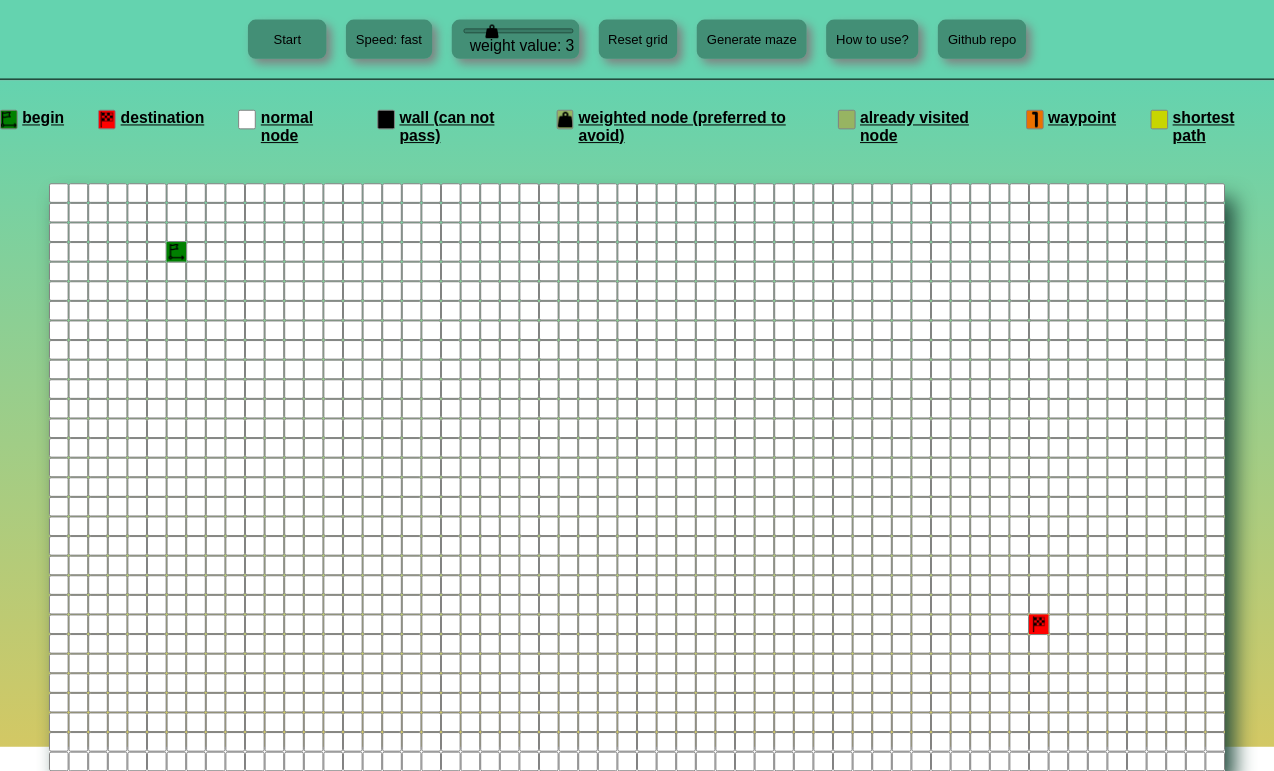
Repository: Daan-v-Berkel/PancakeFear.github.io
Page: index.html
An editor plug-in stored every save of this project. The page is shown before and after the next save, followed by the edit.
The browser window is 1280 px wide. The page is 1300 px wide, so the pictures cover 1300 px, including what lies to the right of the window. The pictures show the whole page, at 98% of full size.
Some web fonts or font styles are not loaded; a fallback is used.

Above is the page before, as saved 2021-11-15 20:18:18.

### index.html
<!doctype html>

<html lang="en">
<head>
  <meta charset="utf-8">
  <meta name="viewport" content="width=device-width, initial-scale=1">

  <title>Pathfinder Visualizer</title>
  <meta name="description" content="An interactive pathfinding algorithm visualizer">
  <meta name="author" content="DaanvB">

  <meta property="og:title" content="Pathfinding visualizer">
  <meta property="og:type" content="website">
  <meta property="og:description" content="An interactive pathfinding algorithm visualizer">

  <link rel="stylesheet" href="Style.css">
  <link rel="preconnect" href="https://fonts.googleapis.com">
  <link rel="preconnect" href="https://fonts.gstatic.com" crossorigin>
  <link href="https://fonts.googleapis.com/css2?family=Glory&display=swap" rel="stylesheet">
  <script src="Node_class.js"></script>
  <script src="Grid_class.js"></script>
  <script src="Helper_methods.js"></script>
  <script src="Algorithms.js"></script>
</head>

<body onload="createGrid()" onmouseup="mouseUpHandler()">
    <div class="header">
      <button type="button" class="header-btn" onclick="startAlgorithm(grid)">Start</button>
      <div class="dropdown-box">
        <button class="header-btn" id="dropdown-btn">Speed: fast</button>
        <div class="dropdown-content">
          <p class="dropdown-select" onclick="SelectSpeed(this)">slow</p>
          <p class="dropdown-select" onclick="SelectSpeed(this)">medium</p>
          <p class="dropdown-select" onclick="SelectSpeed(this)">fast</p>
          <p class="dropdown-select" onclick="SelectSpeed(this)">no delay</p>
        </div>
      </div>
      <div class="header-btn" id="slider-btn"><input type="range" min="1" max="10" value="3" class="slider" id="WeightRange" oninput="SetWeightValue(this)"><label id="weightLabel" for="WeightRange">weight value: 3</label></div>
      <div class="dropdown-box">
        <button class="header-btn" id="dropdown-btn" onmousedown="ResetGrid(grid)">Reset grid</button>
        <div class="dropdown-content">
          <span class="dropdown-select reset" id="startnode-reset" onclick="HandleResets(this)">
            <p><div class="explanation startnode dropdown"></div>Begin</p><span id="startnode-reset-inner"></span>
          </span>
          <span class="dropdown-select reset"  id="endnode-reset" onclick="HandleResets(this)">
            <p><div class="explanation endnode dropdown"></div>End</p><span id="endnode-reset-inner"></span>
          </span>
          <span class="dropdown-select reset"  id="waypoint-reset" onclick="HandleResets(this)">
            <p><div class="explanation waypoint one dropdown"></div>Waypoints</p><span id="waypoint-reset-inner"></span>
          </span>
          <span class="dropdown-select reset"  id="wall-reset" onclick="HandleResets(this)">
            <p><div class="explanation node wall dropdown"></div>Walls</p><span id="wall-reset-inner"></span>
          </span>
          <span class="dropdown-select reset"  id="weighted-reset" onclick="HandleResets(this)">
            <p><div class="explanation weighted dropdown"></div>Weights</p><span id="weighted-reset-inner"></span>
          </span>
        </div>
      </div>
      <button type="button" class="header-btn" onclick="Maze()">Generate maze</button>
      <button id="popup-btn" class="header-btn" onclick="ShowInstructions()">How to use?</button>
        <div id="popup" class="popup-instructions"  onclick="CloseWindow(this)">
          <div class="popup-content">
            <span class="close">&times;</span>
            <h1>How does it work?</h1>
            <p class="instruction-text">
              <img src="images/instruction.png" id="instruction-img" width="200" height="200">
              left-click can be used to place and remove walls. <br>
              click and drag an empty (white) node to create walls. <br>
              click and drag a wall to create empty nodes.
              <br><br>
              right-click (or alt + left-click) and drag to create weights. <br><br>
              click the middle mouse button (or shift + left-click) to create up to 3 waypoints.
            </p>

          </div>
        </div>
      <button type="button" class="header-btn" onclick="window.open('https://github.com/PancakeFear/PancakeFear.github.io', '_blank'); return false;">Github repo</button>
    </div>
    <div class="hero">
      <div id="popup-algo-failed" class="popup-instructions">
        <div class="popup-content">
          <span class="close">&times;</span>
          <h1>Failed to find a path</h1>
          <p class="instruction-text">
            the algorithm has failed to find its destination <br><br>
            This is most likely because there is no possible path.
          </p>

        </div>
      </div>
      <div class="explanations">
        <div name="begin" class="explanation startnode"></div><label for="begin">begin</label>
        <div name="dest" class="explanation endnode"></div><label for="dest">destination</label>
        <div name="node" class="explanation node"></div><label for="node">normal node</label>
        <div name="wall" class="explanation node wall"></div><label for="wall">wall (can not pass)</label>
        <div name="weight" class="explanation node weighted"></div><label for="weight">weighted node (preferred to avoid)</label>
        <div name="visit" class="explanation node visited"></div><label for="visit">already visited node</label>
        <div name="waypoint" class="explanation node waypoint one"></div><label for="waypoint">waypoint</label>
        <div name="shortest" class="explanation node shortest"></div><label for="shortest">shortest path</label>

      </div>
        <div id='grid'>

        </div>
    </div>
    <script src="script.js"></script>
</body>
</html>

### Style.css
* {
  font-family: "Glory", sans-serif !important;
}

html {
  height: 100%;
  min-height: fit-content;
  min-width: calc(1200px + 100px);
  margin: 0;
}
body {
  height: calc(100% - 82px);
  min-height: 682px;
  min-width: fit-content;
  margin: 0;
}

.hero {
  height: inherit;
  padding-top: 80px;
  background: linear-gradient(rgb(100, 211, 175), rgb(211, 200, 100));
}

#grid {
  height: 600px;
  width: 1200px;
  margin-left: auto;
  margin-right: auto;
  display: grid;
  grid-template-columns: repeat(auto-fill, 20px);
  grid-template-rows: repeat(auto-fill, 20px);
  box-shadow: 10px 15px 20px rgb(35, 77, 63);
}

.twice {
  filter: brightness(80%);
}
.thrice {
  filter: brightness(60%);
}

.quadrice {
  filter: brightness(40%);
}

.node {
  height: 18px;
  width: 18px;
  background-color: white;
  border: 1px solid grey;
  border-radius: 2px;
  cursor: pointer;
  transition: 0.6s ease-out;
}

.explanation {
  height: 18px;
  width: 18px;
  background-color: white;
  border: 1px solid grey;
  border-radius: 2px;
}

.wall {
  background-color: black;
}

.weighted {
  background: no-repeat url("images/weight.png") rgb(151, 180, 98);
  background-size: 16px 16px;
  background-position-x: center;
  background-position-y: center;
  animation-name: weights;
  animation-duration: 0.6s;
}

.visited {
  background-color: rgb(151, 180, 98);
}
.shortest {
  background-color: rgb(200, 214, 0);
}

@keyframes weights {
  from {
    background-position-y: -20px;
  }
  to {
    background-position-y: center;
  }
}

.weighted.visited.shortest {
  background-color: rgb(228, 236, 110);
}

.startnode {
  background: no-repeat url("images/start-point.png") green;
  background-size: 16px 16px;
  background-position-x: center;
  background-position-y: center;
  cursor: pointer;
}
.endnode {
  background: no-repeat url("images/finish-flag.png") red;
  background-size: 16px 16px;
  background-position-x: center;
  background-position-y: center;
  cursor: pointer;
}

.waypoint {
  transition: none;
}

.waypoint.one {
  background: no-repeat url("images/one.png") rgb(235, 113, 0);
  background-size: 16px 16px;
  background-position-x: center;
  background-position-y: center;
}

.waypoint.two {
  background: no-repeat url("images/two.png") rgb(235, 113, 0);
  background-size: 16px 16px;
  background-position-x: center;
  background-position-y: center;
}

.waypoint.three {
  background: no-repeat url("images/three.png") rgb(235, 113, 0);
  background-size: 16px 16px;
  background-position-x: center;
  background-position-y: center;
}

.header {
  height: 80px;
  width: 100%;
  background-color: rgb(100, 211, 175);
  border-bottom: 2px solid rgb(35, 77, 63);
  display: flex;
  flex-direction: row;
  justify-content: center;
  align-items: center;
  column-gap: 20px;
}

.header-btn {
  height: 40px;
  min-width: 80px;
  align-items: center;
  background: rgba(35, 77, 63, 0.5);
  border: none;
  border-radius: 8px;
  box-shadow: 5px 5px 10px grey;
  cursor: pointer;
  padding: 0 10px;
}
.header-btn:hover {
  background: rgba(35, 77, 63, 0.8);
}

.header-btn > a {
  text-decoration: none;
}

.explanations {
  width: fit-content;
  height: 25px;
  position: relative;
  top: -50px;
  left: 50%;
  right: auto;
  transform: translate(-50%, 0);
  display: flex;
  flex-direction: row;
  column-gap: 20px;
}
.explanation {
  animation: none;
  cursor: default;
}
.explanation.dropdown {
  cursor: pointer;
  margin-right: 8px;
}

label {
  font-weight: bold;
  text-decoration: underline;
  position: relative;
  left: -15px;
}

.dropdown-content {
  display: none;
  position: absolute;
  background: rgba(68, 144, 119, 255);
  min-width: 90px;
  box-shadow: 5px 5px 10px grey;
  border-radius: 0px 10px 10px 10px;
  z-index: 1;
}

.dropdown-box:hover #dropdown-btn {
  border-radius: 8px 8px 0px 0px;
  height: 48px;
  transform: translate(0, 4px);
  padding-bottom: 8px;
}

.dropdown-box:hover .dropdown-content {
  display: flex;
  flex-direction: column;
  align-items: center;
}

.dropdown-select {
  width: 90px;
  height: 100%;
  margin: 0px;
  color: black;
  padding: 12px 16px;
  text-decoration: none;
  display: block;
  cursor: pointer;
}
.dropdown-select::before {
  content: "";
  background: rgb(100, 211, 175);
  position: absolute;
  margin-top: -13px;
  left: 10px;
  right: 10px;
  height: 1px;
  width: 80%;
}
.dropdown-select.reset::before {
  margin-top: -40px;
}
.dropdown-select.reset {
  width: 110px;
  height: 1em;
  display: flex;
  flex-direction: row;
  align-items: center;
}
.dropdown-select.reset > span {
  position: absolute;
  right: 0;
  margin: 0 15px;
}

.dropdown-select:first-child {
  border-radius: 0px 10px 0px 0px;
}
.dropdown-select:first-child::before {
  background: transparent;
}

.dropdown-select:last-child {
  border-radius: 0px 0px 10px 10px;
}

.dropdown-select:hover {
  background: rgb(53, 109, 90);
}

.popup-instructions {
  display: none;
  position: fixed;
  z-index: 1;
  left: 0;
  top: 0;
  width: 100%;
  height: 100%;
  background-color: rgb(0, 0, 0);
  background-color: rgba(0, 0, 0, 0.4);
}

.popup-content {
  background: linear-gradient(rgb(100, 211, 175), rgb(211, 200, 100));
  margin: auto;
  margin-top: 10%;
  padding: 20px;
  border: 1px solid #888;
  border-radius: 20px;
  width: fit-content;
  height: fit-content;
  min-height: 300px;
  min-width: 20%;
}

.close {
  position: relative;
  top: -20px;
  color: #aaa;
  float: right;
  font-size: 41px;
  font-weight: bold;
}

.close:hover,
.close:focus {
  color: black;
  text-decoration: none;
  cursor: pointer;
}

#instruction-img {
  float: right;
  margin-left: 5%;
}

#slider-btn {
  width: 110px;
}

#slider-btn:hover {
  cursor: default;
  background-color: rgba(35, 77, 63, 0.5);
}

#weightLabel {
  text-decoration: none;
  position: relative;
  font-weight: normal;
  left: 8%;
  right: auto;
}

#WeightRange {
  -webkit-appearance: none;
  width: 100%;
  height: 3px;
  border: 1px solid rgb(35, 77, 63);
  border-radius: 2px;
  background: rgba(35, 77, 63, 0.3);
}

#WeightRange::-webkit-slider-thumb {
  -webkit-appearance: none;
  appearance: none;
  width: 16px;
  height: 16px;
  background: no-repeat url("images/weight.png") transparent;
  background-size: 14px 14px;
  background-position-x: center;
  background-position-y: center;
  cursor: pointer;
}

### Node_class.js
class GridNode {
  // Base class for nodes, each representing 'backend' of the visual block
  constructor(id, status){
    this.id = id;
    this.status = status;// node, startnode, endnode, visited, weighted, shortest, wall, waypoint(one, two, three).
    this.previousNode = null;
    this.visited = false;
    this.path = null;
    this.direction = null;
    this.storedDirection = null;
    this.distance = Infinity;
    this.totalDistance = Infinity;
    this.heuristicDistance = null;
    this.weight = 0;
    this.relatesToObject = false;
    this.overwriteObjectRelation = false;
  }

  softReset(){//soft reset, for multiple waypoints
    //this.status = 'node';
    this.previousNode = null;
    this.path = null;
    this.visited = false;
    this.direction = null;
    this.storedDirection = null;
    this.distance = Infinity;
    this.totalDistance = Infinity;
    this.heuristicDistance = null;
    //this.weight = 0;
    this.relatesToObject = false;
    this.overwriteObjectRelation = false;
  }

  addStatus(s){
    this.status = `${this.status} ${s}`;
  }

  overwriteStatus(s){
    this.status = `node ${s}`;
  }

  removeStatus(s){
    var toRemove = ' ' + s;
    var currentStatus = this.status;
    var newStatus = currentStatus.replace(toRemove, '');
    this.status = newStatus
  }
}

### Grid_class.js
class Grid {
    // Base class for the grid, as 'backend' to the visual grid.
    constructor(col, rows){
      this.columns = col;
      this.rows = rows;
      this.start = null;
      this.end = null;
      this.active = false;
      this.nodes = [];
      this.waypoints = [];
      this.mousePressed = false;
      this.pressedNodeStatus = null;
      this.currentNode = null;
      this.previousNode = null;
      this.enteredSpecialNode = false;
      this.speed = 100;
      this.weightNumber = 3;
    }
  // gets a node from the created nodes in the grid
    getNode(id){
      var coordinates = id.toString().split(',');
      var row = parseInt(coordinates[0]);
      var col = parseInt(coordinates[1]);
      return this.nodes[row][col];
    }
  // resets a node to its original state, visually this means it will become empty or white.
    resetNode(n){//hard reset
      n.status = 'node';
      n.previousNode = null;
      n.path = null;
      n.visited = false;
      n.direction = null;
      n.storedDirection = null;
      n.distance = Infinity;
      n.totalDistance = Infinity;
      n.heuristicDistance = null;
      n.weight = 0;
      n.relatesToObject = false;
      n.overwriteObjectRelation = false;
    }

    findNodesByStatus(status){
      var nodesFound = [];

      for (var r in this.nodes){
        for (var n in r){
          if (n.status.includes(status)){
            nodesFound.push(n);
          }
        }
      }
      return nodesFound;
    }

    addWaypoint(wpNode, replaceIndex=null){
      var lostWP = null;
      var indexToString = null;
      if (wpNode && !replaceIndex){
        this.waypoints.push(wpNode)
      }else{
        var i = this.waypoints.indexOf(wpNode);
        this.waypoints.splice(i, 1, wpNode)
      }
      if (this.waypoints.length > 3){
        lostWP = this.waypoints.shift();
        lostWP.status = 'node';
      }
      for (var i in this.waypoints){
        switch(i){
          case '0':
            indexToString = 'one';
            this.waypoints[i].status = `node waypoint one`;
            break;
          case '1':
            indexToString = 'two';
            this.waypoints[i].status = `node waypoint two`;
            break;
          case '2':
            indexToString = 'three';
            this.waypoints[i].status = `node waypoint three`;
            break;
          default:
            console.log(i);
        }
        //this.waypoints[i].status = `node waypoint ${indexToString}`;
      }
      //console.log(this.waypoints);
      if(lostWP){return lostWP.id;}
    }

    removeWaypoint(wpNode){
      var index = this.waypoints.indexOf(wpNode);
      var nodeToRemove = this.waypoints[index];
      var indexToString = null;
      this.waypoints.splice(index, 1);
      nodeToRemove.status = 'node';
      for (var i in this.waypoints){
        switch(i){
          case '0':
            indexToString = 'one';
            this.waypoints[i].status = `node waypoint one`;
            break;
          case '1':
            indexToString = 'two';
            this.waypoints[i].status = `node waypoint two`;
            break;
          case '2':
            indexToString = 'three';
            this.waypoints[i].status = `node waypoint three`;
            break;
          default:
            console.log(i);
        }
        //this.waypoints[i].status = `node waypoint ${indexToString}`;
      }
      //return nodeToRemove.id;
    }
  }

### Algorithms.js

function startAlgorithm(grid){
    if (grid.active){
      return;
    }
    if (grid.algorithmFinished){
      grid.softReset();
    }

    Dijkstra(grid)

}


async function Dijkstra(grid){
  grid.active = true;
  let start = grid.start;
  let end = grid.end;
  let path = [];
  let drawSpeed = grid.speed;
  var gridDiv = document.getElementById('grid');
  path.push(start);
  var nodesToVisit = Array.from(grid.waypoints);
  nodesToVisit.push(end);
  var startPoints = [start].concat(grid.waypoints);
  console.log(startPoints);

  for (var i = 0; i < nodesToVisit.length; i++){
    var nodesToClearO = gridDiv.getElementsByClassName('visited');
    var nodesToClear = Array.from(nodesToClearO);
    for (var index=0; index < nodesToClear.length; index++){
      var div = nodesToClear[index];
      var id = div.id;
      var node = grid.getNode(id);
      node.softReset();
      div.className = node.status;
    }
    var priorityQueue = new PriorityQueue;
    var currentTarget = nodesToVisit[i];
    currentTarget.softReset();
    var currentStart = startPoints[i];
    currentStart.visited = true;
    currentStart.distance = 0;
    currentStart.totalDistance = 0;
    priorityQueue.enqueue(currentStart, currentStart.totalDistance);

    while (!priorityQueue.isEmpty()){

      var currentNode = priorityQueue.dequeue().element;
      if ((currentNode == currentTarget) && (currentTarget == end)){
        drawShortestPath(currentNode);
        grid.algorithmFinished = true;
        grid.active = false;
        return;
      }else if (currentNode == currentTarget){
        drawShortestPath(currentNode);
        break;
      }
      var currentNeighbours = getAllNeighbours(currentNode);

      for (var ind in currentNeighbours){
        var n = currentNeighbours[ind];
        n.visited = true;
        DrawVisited(n);
        priorityQueue.enqueue(n, n.totalDistance);
      }
      if (drawSpeed){
        await sleep(drawSpeed/10);
        drawSpeed = drawSpeed*0.999;
      }
    }
    if (priorityQueue.isEmpty()){
      console.log('failure');
      grid.algorithmFinished = true;
      grid.active = false;
      alert('either the start or end is unreachable.\nNo path can be found.');
      return;
    }
  }
}

Loaded but not shown: Helper_methods.js (445 lines, source omitted); script.js (232 lines, source omitted)

After the next save:
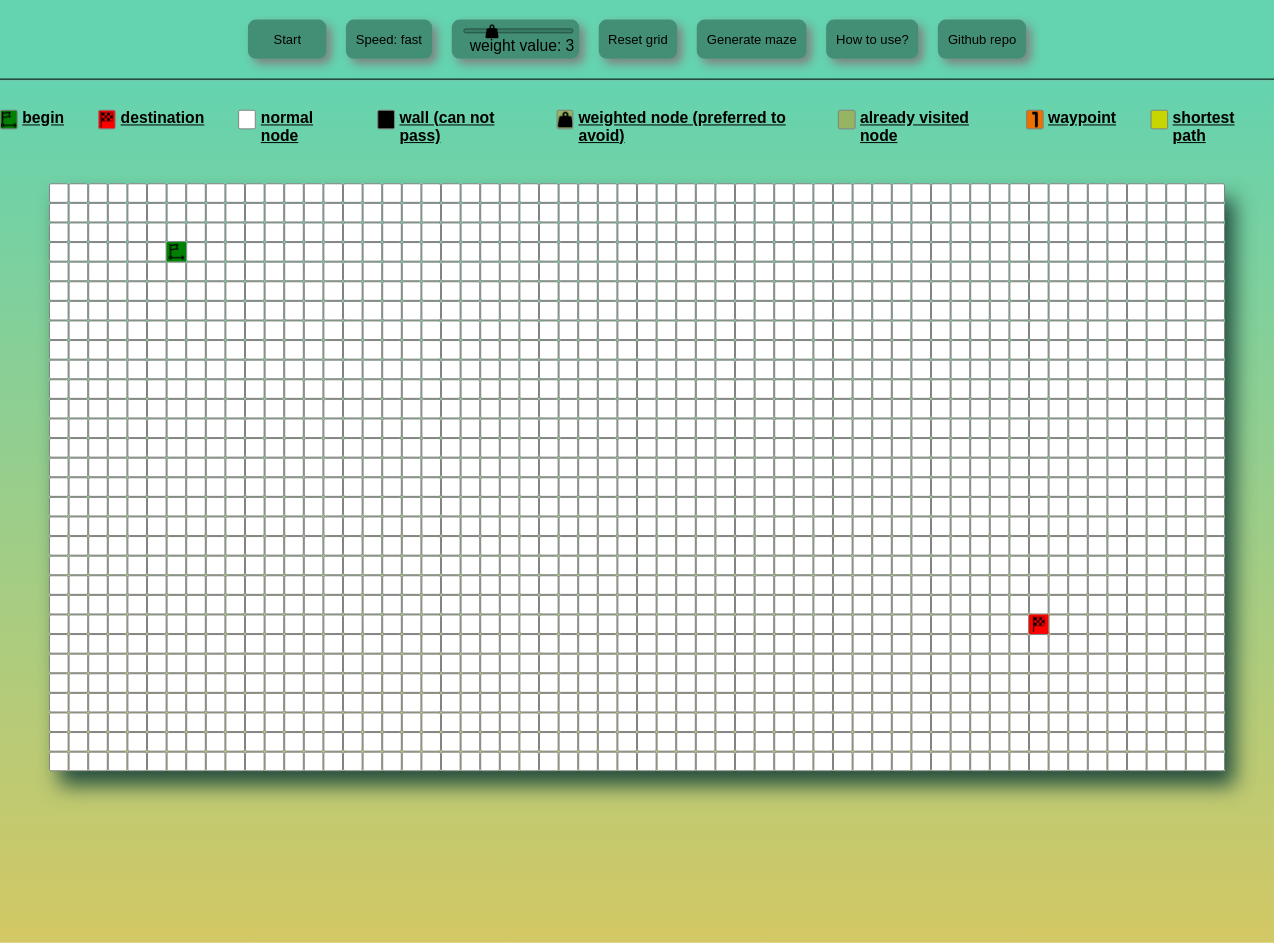
Saved 2 min 37 s later.
--- a/Style.css
+++ b/Style.css
@@ -17,6 +17,7 @@ body {
 
 .hero {
   height: inherit;
+  min-height: 800px;
   padding-top: 80px;
   background: linear-gradient(rgb(100, 211, 175), rgb(211, 200, 100));
 }
